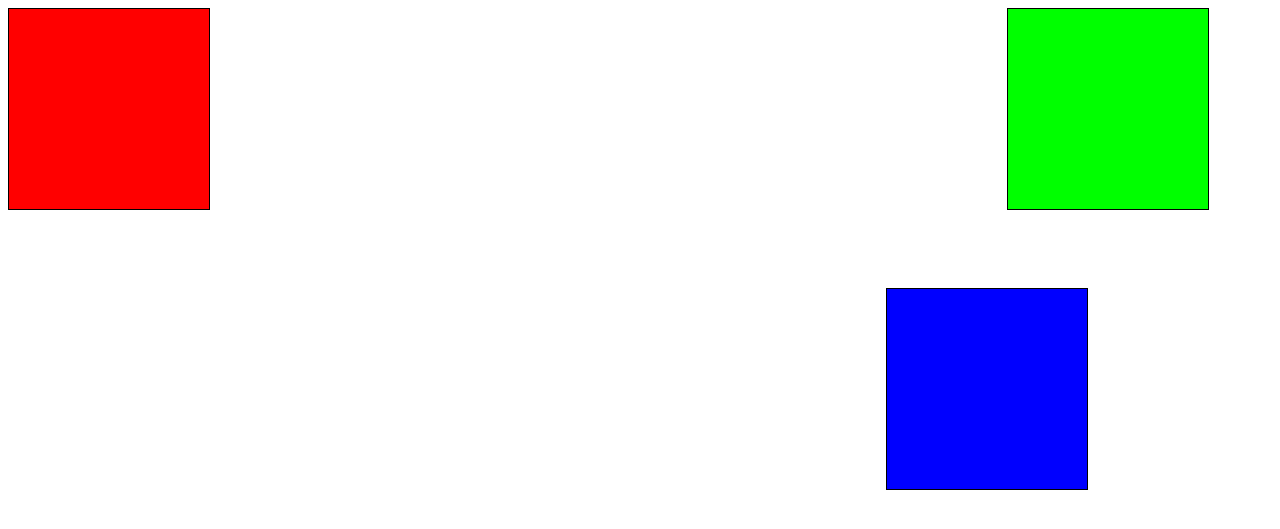
Repository: Divineridh/LPPAChallenges
Page: Trabajos en Clase/ejercicio cajas positions/index.html
The author's editor kept a copy of each file at every save. The page is drawn from the files as they stood at one save, then again after the next save.
The browser window is 1280 px wide. The pictures show the whole page.

Above is the page before, as saved 2022-05-03 20:55:24.

After the next save:
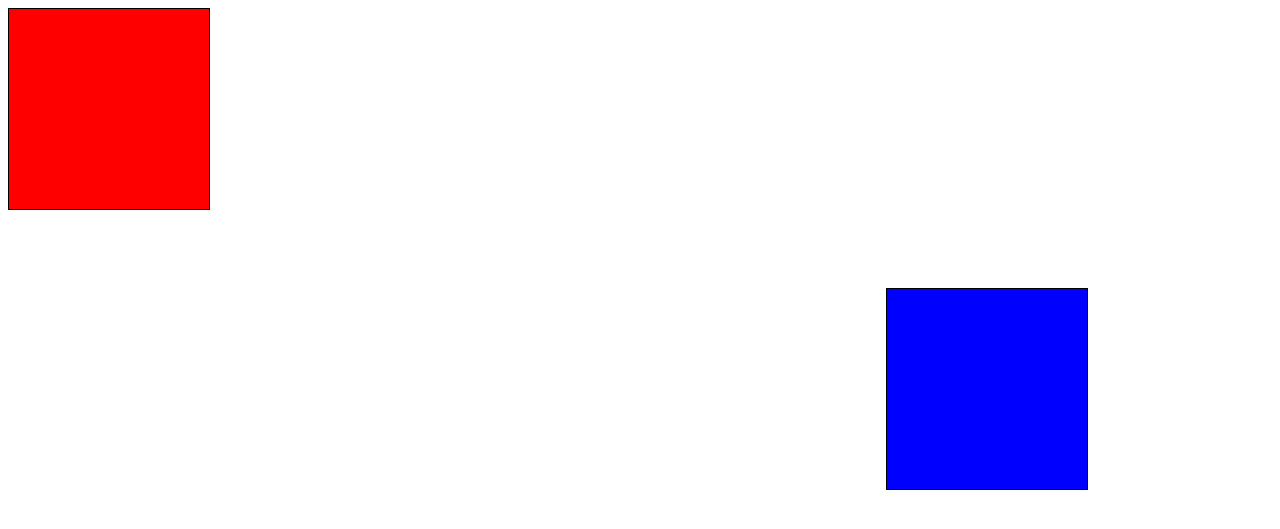
Saved 80 s later.
--- a/Trabajos en Clase/ejercicio cajas positions/style.css
+++ b/Trabajos en Clase/ejercicio cajas positions/style.css
@@ -6,7 +6,7 @@
 .div2 {
     background-color: #00FF00;
     position: relative;
-    bottom: 60%;
+    bottom: 600px;
     right: 5%;
     float: right;
 }
